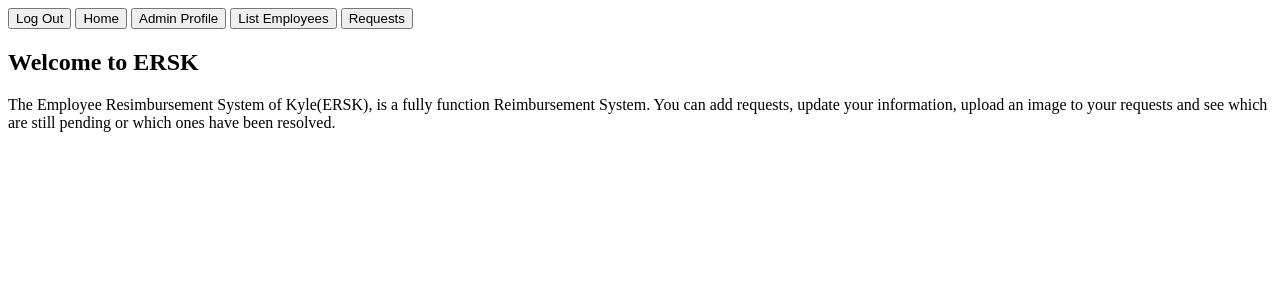
Repository: 1807-mehrab/project-1-KyleAButterfield
Page: ERSK/ERSK/src/main/webapp/ManagerHomePage.html
An editor plug-in stored every save of this project. The page is shown before and after the next save, followed by the edit.
The browser window is 1280 px wide. The pictures show the whole page.
After loading, the first visible `input[onclick="HomePage()"]` was clicked once.

Above is the page before, as saved 2018-07-31 16:39:43.

### ERSK/ERSK/src/main/webapp/ManagerHomePage.html
<!DOCTYPE html>
<html>
<head>
<meta charset="ISO-8859-1">
<title>ERSK-Home Page</title>
	<div>
	<input type="button" onClick="AdminLogout()" value="Log Out">
	<input type="button" onClick="HomePage()" value="Home">
	<input type="button" onClick ="GetInfo()" value="Admin Profile">
	<input type="button" onClick="GetAllEmployees()" value="List Employees">
	<input type="button" onClick="LoadAdminRequestPage()" value="Requests">
	</div>
	<script src="Adminfunctions.js"></script>
</head>
<body>
	<div id="body">
	<h2>Welcome to ERSK</h2>
	<p>The Employee Resimbursement System of Kyle(ERSK), is a fully functional Reimbursement System.
	 You can approve or deny requests, update your information,  and see all requests which are still pending
	 or which ones have been resolved.   </p>

	</div>
	<div id="lower">
	</div>

</body>

</html>

### ERSK/ERSK/src/main/webapp/Adminfunctions.js
function login(){
	let xhr = new XMLHttpRequest();
	xhr.onreadystatechange = function(){
		if(this.readyState == 4 && this.status == 200){
			let result = JSON.parse(xhr.responseText).result;
			window.location = "http//localhost:8888/ERSK/EmployeeHomePage.html";
		}
	}
	let username = document.getElementById("username").elements.item(0).value;
	let password = document.getElementById("password").elements.item(1).value;
	xhr.open('POST', 'http://localhost:8888/ERSK/Login');
	let json = JSON.stringify({
		username : username,
		pasword : password
	});
	xhr.send(json);
}
function AdminLogout(){
	window.location = 'http://localhost:8888/ERSK/adminLogout';

}

function GetAllEmployees(){
	let xhr = new XMLHttpRequest();
	xhr.onreadystatechange = function(){
		if(this.readyState == 4 && this.status == 200){
			let result = JSON.parse(xhr.responseText);
			let employees = result[0];
			let managers = result[1];
			console.log(employees);
			console.log(managers);
		}
	}
	xhr.open('POST','http://localhost:8888/ERSK/getAllEmployees');
	xhr.send();
}

function GetInfo(){
	let xhr = new XMLHttpRequest();
	xhr.onreadystatechange = function(){
		if(this.readyState == 4 && this.status == 200){
			let result = JSON.parse(xhr.responseText);
			let address = result.address;
			let phone = result.phone;
			document.getElementById('body').innerHTML=`
			<H1> This is your info </H1>
			<p>Address `+address+`</p>
			<p>Phone -`+phone+ `</p>
			<div>
			<input type="button" onClick="ToUpdateInfo()" value="Update Info">
			</div>`

		}
	}
	xhr.open('POST', 'http://localhost:8888/ERSK/getAdminInfo');
	xhr.send();

}
function ToUpdateInfo(){
	document.getElementById('body').innerHTML=`
		<H1>Please Update your information.
		 Only put numerical values for your phone number</H2>
		 <form id="infoForm">
		 <label>Address</label>
		<input type="text" name ="address">
		<br>
		<label>Phone</label>
		<input type="number" name="phone number">
		<div>
			<input type="button" onClick="UpdateInfo()" value="Update Info">
		</div>
		</form>`
}
function UpdateInfo(){
	let xhr = new XMLHttpRequest();
	xhr.onreadystatechange = function(){
	if(this.readyState == 4 && this.status == 200){
		GetInfo();
		}
	}
	let address = document.getElementById('infoForm').elements.item(0).value;
	let phone = document.getElementById('infoForm').elements.item(1).value;
	let json = JSON.stringify({
		address : address,
		phone : phone,
		adminID: 0
	});
	xhr.open('POST', 'http://localhost:8888/ERSK/updateAdminInfo')
	xhr.send(json);
}
function HomePage(){
	document.getElementById('body').innerHTML=`
	<h2>Welcome to ERSK</h2>
	<p>The Employee Resimbursement System of Kyle(ERSK), is a fully function Reimbursement System.
	 You can add requests, update your information, upload an image to your requests and see which are still pending
	 or which ones have been resolved.   </p>`
}

function LoadAdminRequestPage(){
	document.getElementById('body').innerHTML = `
	<h3>From here you can view all requests of every user, all pending, denied or resolved requests.
	For look up requests based off of an Employees ID</h3>
	<div>
	   <input type="button" onClick="LoadAllRequests()" value="View All">
	   <input type="button" onClick="LoadAllPendingRequests()" value="View Pending">
	   <input type="button" onClick="LoadAllDeniedRequests()" value="View Denied">
       <input type="button" onClick="LoadAllResolvedRequests()" value="View Resolved">
	   <input type="button" onClick="SearchSpecific()" value="Search By ID">
	</div>`;
}

function LoadAllRequests(){
	let xhr = new XMLHttpRequest();
	xhr.onreadystatechange = function(){
		if (this.readyState == 4 && this.status == 200) {
			 var ticketlist = ``;
	           var tickets = JSON.parse(xhr.responseText);
	           //console.log(ticket[1]);

	           // this is not working into a table.
	           for (var i=0; i<tickets.length; i++) {
	        	   let json = JSON.stringify({
	        			requestID : tickets[i].requestID,
	        			description : tickets[i].description,
	        			amount : tickets[i].amount,
	        			status : tickets[i].status,
	        			userId : tickets[i].userId
	        		});
	        	   if(tickets[i].status === "Pending"){

	        		   ticketlist += `
			               <tr>
			                   <td>${tickets[i].requestID}</td>
			                   <td>${tickets[i].description}</td>
			                   <td>$ ${tickets[i].amount}</td>
			                   <td>${tickets[i].status}</td>
			                   <td>${tickets[i].userId}</td>
			                   <td><button type="button" onClick='TakeAction(${json})'>Take Action</button></td>
			               </tr>`;
	        	   }else{
	        		   ticketlist += `
	    	               <tr>
	    	                   <td>`+tickets[i].requestID+`</td>
	    	                   <td>`+tickets[i].description+`</td>
	    	                   <td>$ `+tickets[i].amount+`</td>
	    	                   <td>`+tickets[i].status+`</td>
	    	                   <td>`+tickets[i].userId+`</td>
	    	               </tr>`;
	        	   }
	           }
	           document.getElementById('body').innerHTML =
	           `<table class="table table-striped">
	               <caption>Your Reimbursements Requests:</caption>
	               <thead>
	                   <th>Request Id</th>
	                   <th>Description</th>
	                   <th>Amount</th>
	                   <th>Status</th>
	                   <th>User Id</th>
	                   <th>Action</th>
	                   <th>Image</th>
	               </thead>
	               <tbody>`
	               +ticketlist+
	               `</tbody>
	           </table>
	           	<div>
	               <input type="button" onClick="LoadAllRequests()" value="View All">
	               <input type="button" onClick="LoadAllPendingRequests()" value="View Pending">
	               <input type="button" onClick="LoadAllDeniedRequests()" value="View Denied">
	               <input type="button" onClick="LoadAllResolvedRequests()" value="View Resolved">
	               <input type="button" onClick="SearchSpecific()" value="Search By ID">
	            </div>`;
		}

	}
	xhr.open('POST','http://localhost:8888/ERSK/getEveryRequest');
	xhr.send();
}

function LoadAllPendingRequests(){
	let xhr = new XMLHttpRequest();
	xhr.onreadystatechange = function(){
		if (this.readyState == 4 && this.status == 200) {
			 var ticketlist = ``;
	           var tickets = JSON.parse(xhr.responseText);
	           //console.log(ticket[1]);

	           // this is not working into a table.
	           for (var i=0; i<tickets.length; i++) {
	        	   let json = JSON.stringify({
	        			requestID : tickets[i].requestID,
	        			description : tickets[i].description,
	        			amount : tickets[i].amount,
	        			status : tickets[i].status,
	        			userId : tickets[i].userId
	        		});

		        	   ticketlist += `
			               <tr>
			                   <td>${tickets[i].requestID}</td>
			                   <td>${tickets[i].description}</td>
			                   <td>$ ${tickets[i].amount}</td>
			                   <td>${tickets[i].status}</td>
			                   <td>${tickets[i].userId}</td>
			                   <td><button type="button" onClick='TakeAction(${json})'>Take Action</button></td>
			               </tr>`;



	           }
	           document.getElementById('body').innerHTML =
	           `<table class="table table-striped">
	               <caption>Your Reimbursements Requests:</caption>
	               <thead>
	        	   	   <th>Request Id</th>
	                   <th>Description</th>
	                   <th>Amount</th>
	                   <th>Status</th>
	                   <th>User Id</th>
	                   <th>Image</th>
	               </thead>
	               <tbody>`
	               +ticketlist+
	               `</tbody>
	           </table>
	           	<div>
	               <input type="button" onClick="LoadAllRequests()" value="View All">
	               <input type="button" onClick="LoadAllPendingRequests()" value="View Pending">
	               <input type="button" onClick="LoadAllDeniedRequests()" value="View Denied">
	               <input type="button" onClick="LoadAllResolvedRequests()" value="View Resolved">
	               <input type="button" onClick="SearchSpecific()" value="Search By ID">
	            </div>`;
		}

	}
	xhr.open('POST','http://localhost:8888/ERSK/getEveryPendingRequest');
	xhr.send();
}

function LoadAllDeniedRequests(){
	let xhr = new XMLHttpRequest();
	xhr.onreadystatechange = function(){
		if (this.readyState == 4 && this.status == 200) {
			 var ticketlist = ``;
	           var tickets = JSON.parse(xhr.responseText);
	           //console.log(ticket[1]);

	           // this is not working into a table.
	           for (var i=0; i<tickets.length; i++) {
	               ticketlist += `
	               <tr>
	                   <td>`+tickets[i].requestID+`</td>
	                   <td>`+tickets[i].description+`</td>
	                   <td>$ `+tickets[i].amount+`</td>
	                   <td>`+tickets[i].status+`</td>
	                   <td>`+tickets[i].userId+`</td>
	               </tr>`;
	                console.log(tickets[i]);
	           }
	           document.getElementById('body').innerHTML =
	           `<table class="table table-striped">
	               <caption>Your Reimbursements Requests:</caption>
	               <thead>
	                   <th>Request Id</th>
	                   <th>Description</th>
	                   <th>Amount</th>
	                   <th>Status</th>
	                   <th>User Id</th>
	                   <th>Image</th>
	               </thead>
	               <tbody>`
	               +ticketlist+
	               `</tbody>
	           </table>
	           	<div>
	               <input type="button" onClick="LoadAllRequests()" value="View All">
	               <input type="button" onClick="LoadAllPendingRequests()" value="View Pending">
	               <input type="button" onClick="LoadAllDeniedRequests()" value="View Denied">
	               <input type="button" onClick="LoadAllResolvedRequests()" value="View Resolved">
	               <input type="button" onClick="SearchSpecific()" value="Search By ID">
	            </div>`;
		}

	}
	xhr.open('POST','http://localhost:8888/ERSK/getEveryDeniedRequest');
	xhr.send();
}

function LoadAllResolvedRequests(){
	let xhr = new XMLHttpRequest();
	xhr.onreadystatechange = function(){
		if (this.readyState == 4 && this.status == 200) {
			 var ticketlist = ``;
	           var tickets = JSON.parse(xhr.responseText);
	           //console.log(ticket[1]);

	           // this is not working into a table.
	           for (var i=0; i<tickets.length; i++) {
	               ticketlist += `
	               <tr>
	                   <td>`+tickets[i].requestID+`</td>
	                   <td>`+tickets[i].description+`</td>
	                   <td>$ `+tickets[i].amount+`</td>
	                   <td>`+tickets[i].status+`</td>
	                   <td>`+tickets[i].userId+`</td>
	               </tr>`;
	                console.log(tickets[i]);
	           }
	           document.getElementById('body').innerHTML =
	           `<table class="table table-striped">
	               <caption>Your Reimbursements Requests:</caption>
	               <thead>
	                   <th>Request Id</th>
	                   <th>Description</th>
	                   <th>Amount</th>
	                   <th>Status</th>
	                   <th>User Id</th>
	                   <th>Image</th>
	               </thead>
	               <tbody>`
	               +ticketlist+
	               `</tbody>
	           </table>
	           	<div>
	               <input type="button" onClick="LoadAllRequests()" value="View All">
	               <input type="button" onClick="LoadAllPendingRequests()" value="View Pending">
	               <input type="button" onClick="LoadAllDeniedRequests()" value="View Denied">
	               <input type="button" onClick="LoadAllResolvedRequests()" value="View Resolved">
	               <input type="button" onClick="SearchSpecific()" value="Search By ID">
	            </div>`;
		}

	}
	xhr.open('POST','http://localhost:8888/ERSK/getEveryResolvedRequest');
	xhr.send();
}



function SearchSpecific(){
	document.getElementById('body').innerHTML =`
		 <form id="searchForm">
		 <label>Users Id</label>
		<input type="number" id="usersId">

		<div>
			<input type="button" onClick="PassUserIDAll()" value="View All">
			<input type="button" onClick="PassUserIDAllPending()" value="View Pending">
			<input type="button" onClick="PassUserIDAllDenied()" value="View Denied">
			<input type="button" onClick="PassUserIDAllResolved()" value="View Resolved">
		</div>
		</form>
	`;
}

function PassUserIDAll(){
	let userId = document.getElementById("searchForm").elements.item(0).value;
	LoadUsersRequests(userId);
}

function LoadUsersRequests(usersId){
	let xhr = new XMLHttpRequest();
	xhr.onreadystatechange = function(){
		if (this.readyState == 4 && this.status == 200) {
			 var ticketlist = ``;
	           var tickets = JSON.parse(xhr.responseText);
	           //console.log(ticket[1]);

	           // this is not working into a table.
	           for (var i=0; i<tickets.length; i++) {
	               ticketlist += `
	               <tr>
	                   <td>`+tickets[i].requestID+`</td>
	                   <td>`+tickets[i].description+`</td>
	                   <td>$ `+tickets[i].amount+`</td>
	                   <td>`+tickets[i].status+`</td>
	               </tr>`;
	                console.log(tickets[i]);
	           }
	           document.getElementById('body').innerHTML =
	           `<table class="table table-striped">
	               <caption>Your Reimbursements Requests:</caption>
	               <thead>
	                   <th>Request Id</th>
	                   <th>Description</th>
	                   <th>Amount</th>
	                   <th>Status</th>
	                   <th>Image</th>
	               </thead>
	               <tbody>`
	               +ticketlist+
	               `</tbody>
	           </table>
	           <div>
	               <input type="button" onClick="SearchSpecific()" value="Search By ID">
	           </div>`;
		}
	}


	xhr.open('POST','http://localhost:8888/ERSK/getAllRequestsForAdmin');
	xhr.send(usersId);
}

function PassUserIDAllPending(){
	let userId = document.getElementById("searchForm").elements.item(0).value;
	LoadUserPendingRequests(userId);
}
function LoadUserPendingRequests(userId){
	let xhr = new XMLHttpRequest();
	xhr.onreadystatechange = function(){
		if (this.readyState == 4 && this.status == 200) {
			 var ticketlist = ``;
	           var tickets = JSON.parse(xhr.responseText);
	           for (var i=0; i<tickets.length; i++) {
	        	   let json = JSON.stringify({
	        			requestID : tickets[i].requestID,
	        			description : tickets[i].description,
	        			amount : tickets[i].amount,
	        			status : tickets[i].status,
	        			userId : tickets[i].userId
	        		});
	        	   ticketlist += `
	               <tr>
	                   <td>${tickets[i].requestID}</td>
	                   <td>${tickets[i].description}</td>
	                   <td>$ ${tickets[i].amount}</td>
	                   <td>${tickets[i].status}</td>
	                   <td>${tickets[i].userId}</td>
	                   <td><button type="button" onClick='TakeAction(${json})'>Take Action</button></td>
	               </tr>`;


	           }
	           //+tickets[i].requestID+`, `+tickets[i].description+`, `+tickets[i].amount+
	           document.getElementById('body').innerHTML =
	           `<table class="table table-striped">
	               <caption>Your Reimbursements Requests:</caption>
	               <thead>
	                   <th>Request Id</th>
	                   <th>Description</th>
	                   <th>Amount</th>
	                   <th>Status</th>
	                   <th>User Id</th>
	                   <th>Action</th>
	                   <th>Image</th>
	               </thead>
	               <tbody>`
	               +ticketlist+
	               `</tbody>
	           </table>
	           <div>
	               <input type="button" onClick="SearchSpecific()" value="Search By ID">
	           </div>`;
		}
	}
	xhr.open('POST','http://localhost:8888/ERSK/getAllPendingRequestsForAdmin');
	xhr.send(userId);
}

function TakeAction(ticket){

	document.getElementById('body').innerHTML = `
	<h4>Request ID: ${ticket.requestID}</h4>
	<h4>Description: ${ticket.description}</h4>
	<h4>Amount: ${ticket.amount}</h4>
	<h4>User ID: ${ticket.userId}</h4>
	<input type="button" onClick="DenyRequest(${ticket.requestID})" value="Deny Request">
	<input type="button" onClick="ApproveRequest(${ticket.requestID})" value="Approve Request">
	`;
}

function DenyRequest(requestId){
	let xhr = new XMLHttpRequest();
	xhr.onreadystatechange = function(){
		if (this.readyState == 4 && this.status == 200) {
			LoadAllDeniedRequests();
		}
	}
	xhr.open('POST','http://localhost:8888/ERSK/denyRequest');
	xhr.send(requestId);
}

function ApproveRequest(requestId){
	let xhr = new XMLHttpRequest();
	xhr.onreadystatechange = function(){
		if (this.readyState == 4 && this.status == 200) {
			LoadAllResolvedRequests()
		}
	}
	xhr.open('POST','http://localhost:8888/ERSK/approveRequest');
	xhr.send(requestId);
}

function PassUserIDAllDenied(){
	let userId = document.getElementById("searchForm").elements.item(0).value;
	LoadUserDeniedRequests(userId);
}

function LoadUserDeniedRequests(userId){
	let xhr = new XMLHttpRequest();
	xhr.onreadystatechange = function(){
		if (this.readyState == 4 && this.status == 200) {
			 var ticketlist = ``;
	           var tickets = JSON.parse(xhr.responseText);
	           //console.log(ticket[1]);

	           // this is not working into a table.
	           for (var i=0; i<tickets.length; i++) {
	               ticketlist += `
	               <tr>
	                   <td>`+tickets[i].requestID+`</td>
	                   <td>`+tickets[i].description+`</td>
	                   <td>$ `+tickets[i].amount+`</td>
	                   <td>`+tickets[i].status+`</td>
	               </tr>`;
	                console.log(tickets[i]);
	           }
	           document.getElementById('body').innerHTML =
	           `<table class="table table-striped">
	               <caption>Your Reimbursements Requests:</caption>
	               <thead>
	                   <th>Request Id</th>
	                   <th>Description</th>
	                   <th>Amount</th>
	                   <th>Status</th>
	                   <th>Image</th>
	               </thead>
	               <tbody>`
	               +ticketlist+
	               `</tbody>
	           </table>
	           <div>
	               <input type="button" onClick="SearchSpecific()" value="Search By ID">
	           </div>`;
		}
	}
	xhr.open('POST','http://localhost:8888/ERSK/getAllDeniedRequestsForAdmin');
	xhr.send(userId);
}
function PassUserIDAllResolved(){
	let userId = document.getElementById("searchForm").elements.item(0).value;
	LoadUserResolvedRequests(userId);
}
function LoadUserResolvedRequests(userId){
	let xhr = new XMLHttpRequest();
	xhr.onreadystatechange = function(){
		if (this.readyState == 4 && this.status == 200) {
			 var ticketlist = ``;
	           var tickets = JSON.parse(xhr.responseText);
	           //console.log(ticket[1]);

	           // this is not working into a table.
	           for (var i=0; i<tickets.length; i++) {
	               ticketlist += `
	               <tr>
	                   <td>`+tickets[i].requestID+`</td>
	                   <td>`+tickets[i].description+`</td>
	                   <td>$ `+tickets[i].amount+`</td>
	                   <td>`+tickets[i].status+`</td>
	               </tr>`;
	                console.log(tickets[i]);
	           }
	           document.getElementById('body').innerHTML =
	           `<table class="table table-striped">
	               <caption>Your Reimbursements Requests:</caption>
	               <thead>
	                   <th>Request Id</th>
	                   <th>Description</th>
	                   <th>Amount</th>
	                   <th>Status</th>
	                   <th>Image</th>
	               </thead>
	               <tbody>`
	               +ticketlist+
	               `</tbody>
	           </table>
	           <div>
	              <input type="button" onClick="SearchSpecific()" value="Search By ID">
	           </div>`;
		}
	}
	xhr.open('POST','http://localhost:8888/ERSK/getAllResolvedRequestsForAdmin');
	xhr.send(userId);
}

function NewRequests(){
	document.getElementById('body').innerHTML=`
	 <form id="requestForm">
		 <label>Description</label>
		<input type="text" name ="description">
		<br>
		<label>Amount</label>
		<input type="number" name="amount">
		<br>
		<div>
			<input type="button" onClick="SubmitRequest()" value="Submit Request">
		</div>
		</form>`;
}

function SubmitRequest(){
	let xhr = new XMLHttpRequest();
	xhr.onreadystatechange = function(){
		if (this.readyState == 4 && this.status == 200) {
			LoadUsersRequests();
		}
	}
	let description = document.getElementById('requestForm').elements.item(0).value;
	let amount = document.getElementById('requestForm').elements.item(1).value;
	let json = JSON.stringify({
		requestID : 0,
		description : description,
		status : 'Pending',
		amount : amount,
		userId : 0
	});
	xhr.open('POST','http://localhost:8888/ERSK/submitRequest');
	xhr.send(json);
}

After the next save:
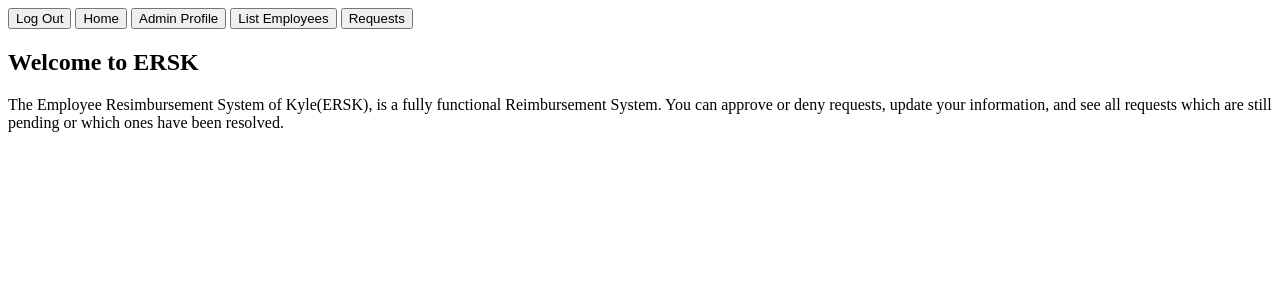
Saved 83 s later.
--- a/ERSK/ERSK/src/main/webapp/Adminfunctions.js
+++ b/ERSK/ERSK/src/main/webapp/Adminfunctions.js
@@ -91,8 +91,8 @@ function UpdateInfo(){
 function HomePage(){
 	document.getElementById('body').innerHTML=`
 	<h2>Welcome to ERSK</h2>
-	<p>The Employee Resimbursement System of Kyle(ERSK), is a fully function Reimbursement System.
-	 You can add requests, update your information, upload an image to your requests and see which are still pending
+	<p>The Employee Resimbursement System of Kyle(ERSK), is a fully functional Reimbursement System.
+	 You can approve or deny requests, update your information,  and see all requests which are still pending
 	 or which ones have been resolved.   </p>`
 }
 
